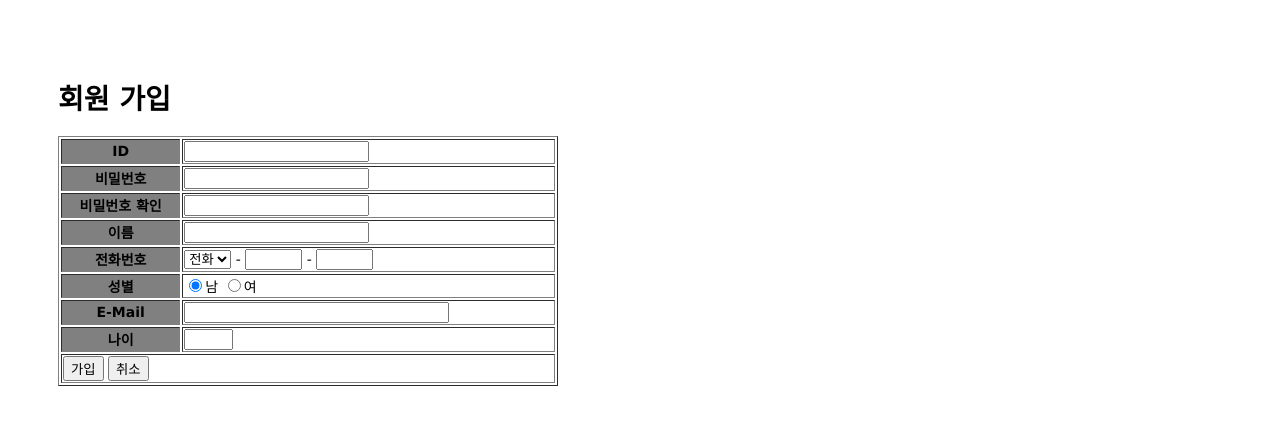
Repository: njir/nodejs
Page: http://localhost/join
The author's editor kept a record of every edit. The page is drawn from the files as they stood at one moment, then again after the next edit.
The browser window is 1280 px wide. The pictures show the whole page.
The page is served by the project's Node server (admin_page/app.js).

Above is the page before.

After the next edit:
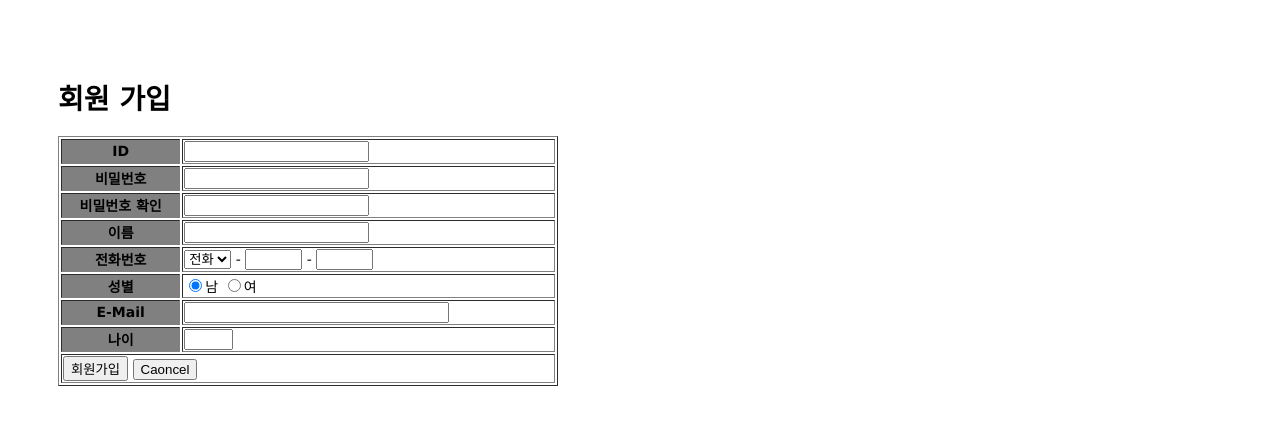
The edit:
--- a/admin_page/views/join.ejs
+++ b/admin_page/views/join.ejs
@@ -213,8 +213,8 @@
 
 				<tr>
 					<td colspan="2">
-						<input type="button" value="가입" onclick="check()">
-						<input type="reset" value="취소">
+						<input type="submit" value="회원가입" onclick="check()">
+						<input type="reset" value="Caoncel">
 					</td>
 				</tr>
 
